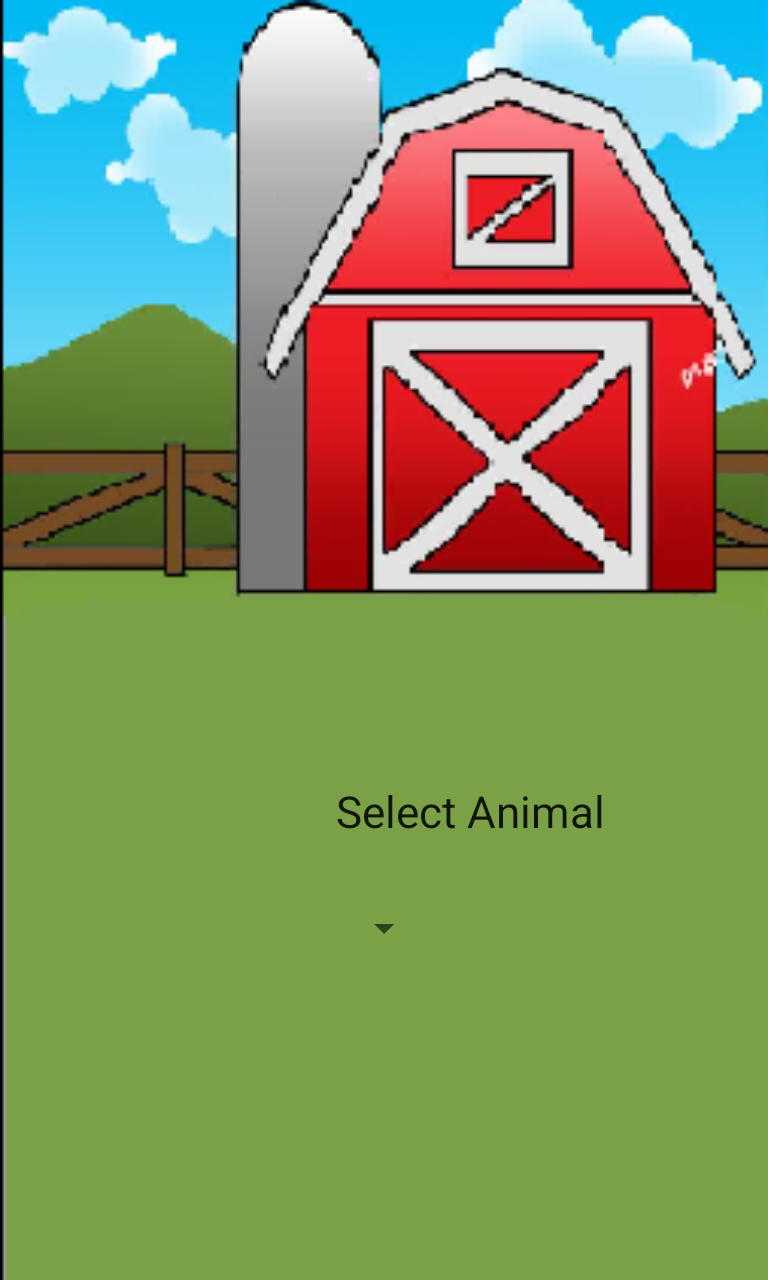
Repository: jdmielke/AnimalApp
Layout: AWEA/res/layout/activity_main.xml
The author's editor kept a copy of each file at every save. The layout is drawn from the files as they stood at one save, then again after the next save.
It is drawn on a 768 x 1280 px phone screen (xhdpi) without system bars, with theme AppTheme; the app's code is not run.

Above is the layout before, as saved 2014-10-15 23:31:18.

### AWEA/res/layout/activity_main.xml
<RelativeLayout xmlns:android="http://schemas.android.com/apk/res/android"
    xmlns:tools="http://schemas.android.com/tools"
    android:layout_width="match_parent"
    android:layout_height="match_parent"
    android:paddingBottom="@dimen/activity_vertical_margin"
    android:paddingLeft="@dimen/activity_horizontal_margin"
    android:paddingRight="@dimen/activity_horizontal_margin"
    android:paddingTop="@dimen/activity_vertical_margin"
    tools:context="com.example.awea.MainActivity"
    android:background="@drawable/app_background">

    <TextView
        android:id="@+id/spinnerTitle"
        android:layout_width="wrap_content"
        android:layout_height="wrap_content"
        android:layout_alignBottom="@+id/spinner1"
        android:layout_alignLeft="@+id/spinner1"
        android:layout_marginBottom="56dp"
        android:text="Select Animal"
        android:textAppearance="?android:attr/textAppearanceLarge" />

    <Spinner
        android:id="@+id/spinner1"
        android:layout_width="wrap_content"
        android:layout_height="wrap_content"
        android:layout_alignParentBottom="true"
        android:layout_centerHorizontal="true"
        android:layout_marginBottom="148dp" />

</RelativeLayout>

Loaded but not shown: AWEA/res/values/styles.xml (common file); AWEA/res/values-v11/styles.xml (common file); AWEA/res/values-v14/styles.xml (common file); AWEA/res/values/dimens.xml (common file); AWEA/res/values-w820dp/dimens.xml (common file)

After the next save:
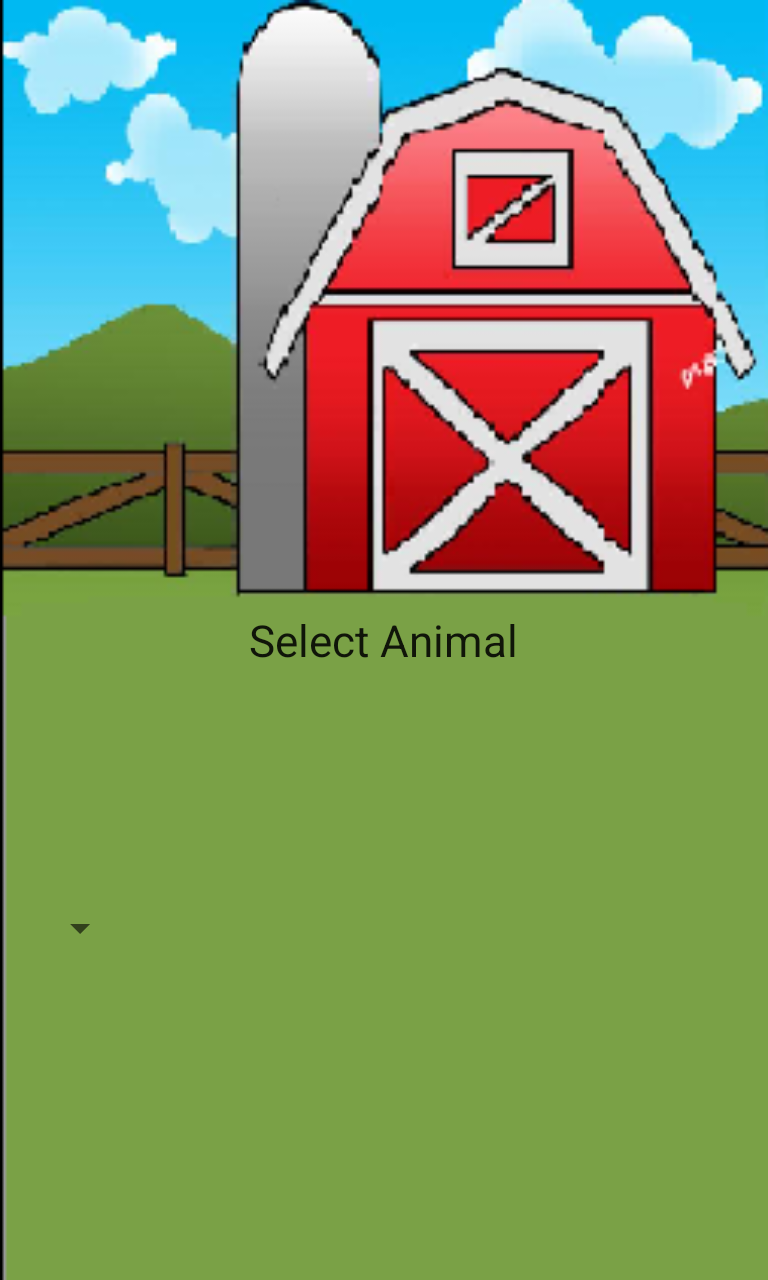
Saved 74 s later.
--- a/AWEA/res/layout/activity_main.xml
+++ b/AWEA/res/layout/activity_main.xml
@@ -9,22 +9,20 @@
     tools:context="com.example.awea.MainActivity"
     android:background="@drawable/app_background">
 
-    <TextView
-        android:id="@+id/spinnerTitle"
-        android:layout_width="wrap_content"
-        android:layout_height="wrap_content"
-        android:layout_alignBottom="@+id/spinner1"
-        android:layout_alignLeft="@+id/spinner1"
-        android:layout_marginBottom="56dp"
-        android:text="Select Animal"
-        android:textAppearance="?android:attr/textAppearanceLarge" />
-
     <Spinner
         android:id="@+id/spinner1"
         android:layout_width="wrap_content"
         android:layout_height="wrap_content"
         android:layout_alignParentBottom="true"
-        android:layout_centerHorizontal="true"
         android:layout_marginBottom="148dp" />
 
+    <TextView
+        android:id="@+id/spinnerTitle"
+        android:layout_width="wrap_content"
+        android:layout_height="wrap_content"
+        android:layout_centerHorizontal="true"
+        android:layout_centerVertical="true"
+        android:text="Select Animal"
+        android:textAppearance="?android:attr/textAppearanceLarge" />
+
 </RelativeLayout>
